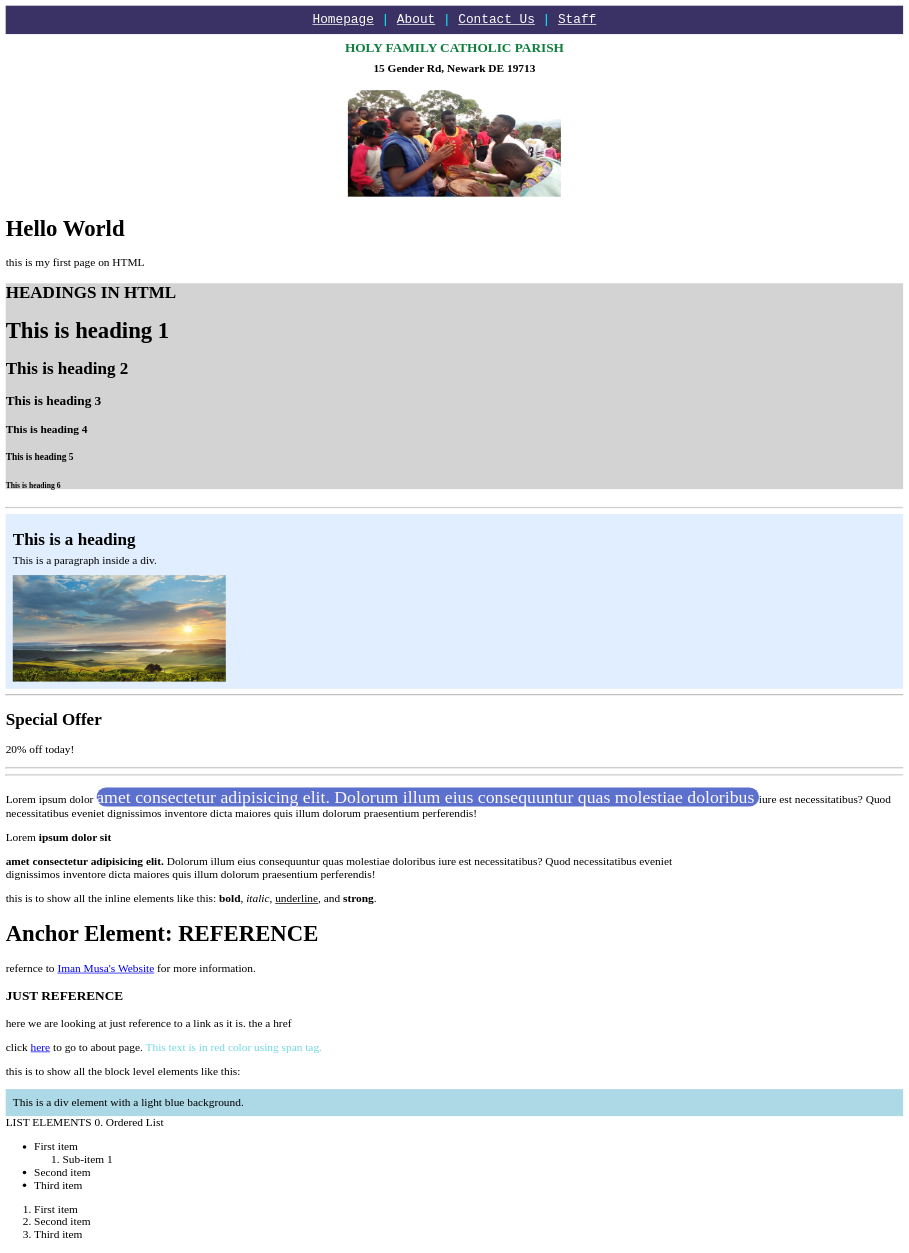
Repository: ficotims/HTML-RESTART
Page: Homepage.html
An editor plug-in stored every save of this project. The page is shown before and after the next save, followed by the edit.
The browser window is 1280 px wide. The pictures show the whole page, at 71% of full size.

Above is the page before, as saved 2026-02-10 16:37:32.

### Homepage.html
<!doctype html>
<html lang="en">
  <head>
    <meta charset="UTF-8" />
    <meta name="viewport" content="width=device-width, initial-scale=1.0" />
    <title>HTML Crash course with Iman Musa</title>
    <link rel="stylesheet" href="Style 1.css"/>
  </head>
  <body>

    <!-- NAVIGATION SECTION -->
        <div style="background-color: rgb(58, 49, 100); padding: 10px; text-align: center; color: aqua; font-size: 18px; font-family: monospace, Lemon milk;">
    <a href="Homepage.html" target="_top" style="color: white;">Homepage</a> |
    <a href="about.html" style="color: white;">About</a> | <a href="Contact us.html" style="color: white;">Contact Us</a> |
    <a href="staff.html" style="color: white;">Staff</a>
     </div>

 <div style="text-align: center;">
    <h3><span style="color: rgb(14, 126, 61);"><div style="line-height: 0;">HOLY FAMILY CATHOLIC PARISH</b></span></h3>
    <H4>15 Gender Rd, Newark DE 19713</H4>
    <img
        src="images/Acension.jpg"
        alt="Catholic Church Logo"
        width="300"
        height="150"
      />
      </div>

    <h1>Hello World</h1>
    <p>this is my first page on HTML</p>
    <!-- this is a comment and will not appear on the screen/ page -->
    <!-- let us introduce the headings -->
    <div style="background-color: lightgray; padding: px; text-align: left">
      <h2>HEADINGS IN HTML</h2>
    <h1>This is heading 1</h1>
    <h2>This is heading 2</h2>
    <h3>This is heading 3</h3>
    <h4>This is heading 4</h4>
    <h5>This is heading 5</h5>
    <h6>This is heading 6</h6>
    </div>

    <!-- here we are starting off LEARNING HOW TO USE THE <div> TAG -->
 <hr>
      <div style="background-color: rgb(224, 238, 255); padding: 10px; text-align: left; line-height: 0.5;">
  <h2>This is a heading</h2>
  <p>This is a paragraph inside a div.</p>
  <img src="images/landscape.jpg" alt="Landscape" width="300"
        height="150" />
</div>
<hr>
<div class="highlight-box">
  <h2>Special Offer</h2>
  <p>20% off today!</p>
</div>
<hr>

  <!-- SECTION AND CARDS -->


  <hr>
    <!-- thi is for paragraphs now -->
    <p>
      Lorem ipsum dolor <span class="body1">amet consectetur adipisicing elit. Dolorum illum
      eius consequuntur quas molestiae doloribus </span> iure est necessitatibus? Quod
      necessitatibus eveniet dignissimos inventore dicta maiores quis illum
      dolorum praesentium perferendis!
    </p>

    <p>
      Lorem <b>ipsum dolor sit <div>amet consectetur adipisicing elit.</b> Dolorum
      illum eius consequuntur quas molestiae doloribus iure est necessitatibus?
      Quod necessitatibus eveniet </div>dignissimos inventore dicta maiores quis illum
      dolorum praesentium perferendis!
    </p>


    <!-- this is for inline leve elements -->

    <p>
      this is to show all the inline elements like this: <b>bold</b>,
      <i>italic</i>, <u>underline</u>, and <strong>strong</strong>.
      <br />

      <!-- using the other inline elements: Anchor Elements (which are just links) -->
    </p>
    <h1>Anchor Element: REFERENCE</h1>
    refernce to
    <a href="https://www.google.com" target="_blank">Iman Musa's Website</a> for
    more information.
    <h3>JUST REFERENCE</h3>
    <p>here we are looking at just reference to a link as it is. the a href</p>
    click <a href="about.html" target="_blank">here</a> to go to about page.

    <!-- SPAN ELEMENT -->
    <span style="color: rgba(31, 190, 211, 0.63)">This text is in red color using span tag.</span>
    <p>
      <!-- now let us introduce the block level elements -->
      this is to show all the block level elements like this:
    </p>

    <div style="background-color: lightblue; padding: 10px">
      This is a div element with a light blue background.
    </div>

    <!-- this is LIST -->
<hi2>LIST ELEMENTS</h2>

    0. Ordered List

    <ul>
      <li>First item</li>
      <ol><li>Sub-item 1</li></ol>
      <li>Second item</li>
      <li>Third item</li>
    </ul>

    <ol>
      <li>First item</li>
      <li>Second item</li>
      <li>Third item</li>
    </ol>
  </body>
</html>

### Style 1.css
.body1 {
    color: rgb(255, 249, 249);
    background-color: rgb(92, 113, 206);
    border-radius: 50px;
    font-size: 25px;
}

.flyout {
    border: none;
    background-color: lightgreen;
    color: rgb(0, 0, 0);
    padding: 20px;
    margin: 15px;
    height: 250px;
    width: 200px;
}

After the next save:
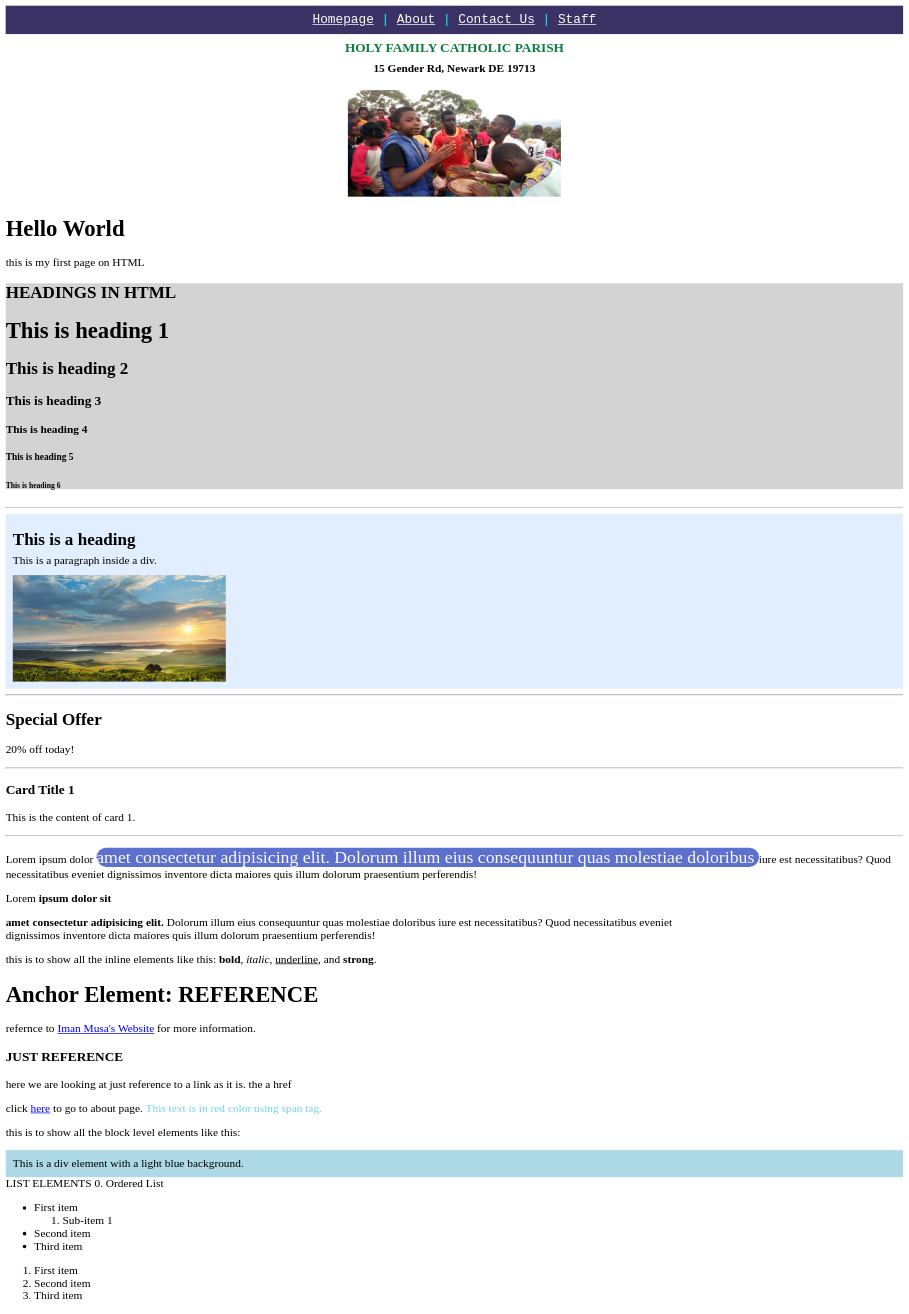
Saved 84 s later.
--- a/Homepage.html
+++ b/Homepage.html
@@ -56,7 +56,14 @@
 <hr>
 
   <!-- SECTION AND CARDS -->
+<section class="container">
+  <div class="card">
+    <h3>Card Title 1</h3>
+    <p>This is the content of card 1.</p>
+  </div>
+  <div class="card">
 
+</section>
 
   <hr>
     <!-- thi is for paragraphs now -->
